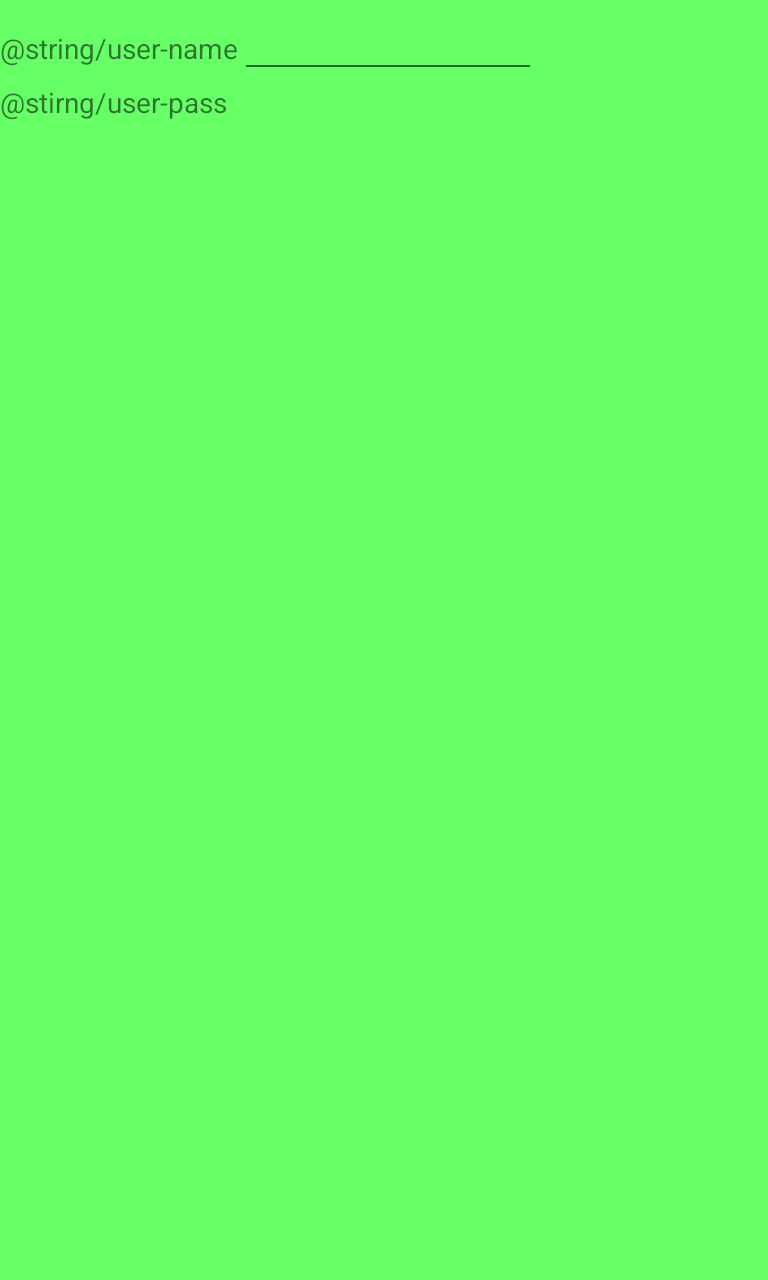
Repository: bingb89/Garbage
Layout: xml/login-demo/res/layout/activity_main.xml
An editor plug-in stored every save of this project. The layout is shown before and after a run of saves, followed by the edit.
It is drawn on a 768 x 1280 px phone screen (xhdpi) without system bars, with theme AppTheme; the app's code is not run.

Above is the layout before, as saved 2015-12-25 02:11:58.

After the next 2 saves:
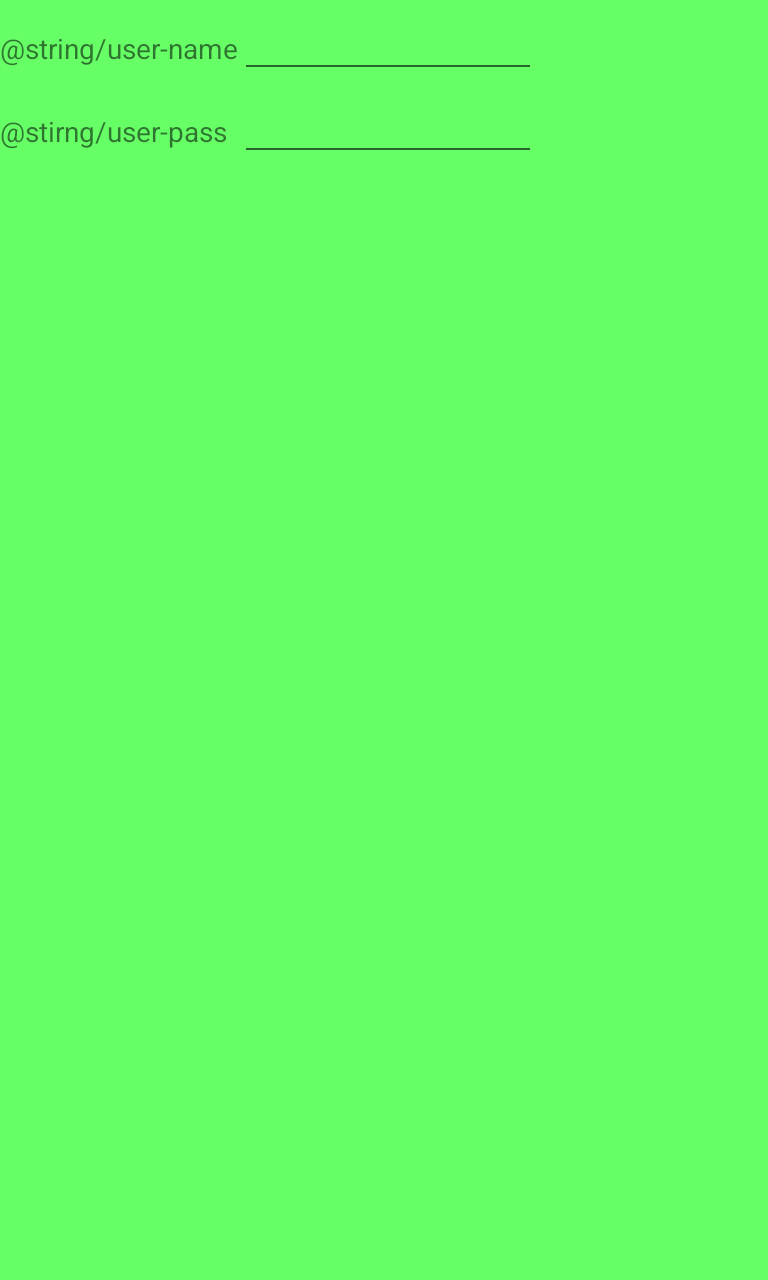
The 2 saves are shown as one change because they came seconds apart.
The last was saved 53 s later.
--- a/xml/login-demo/res/layout/activity_main.xml
+++ b/xml/login-demo/res/layout/activity_main.xml
@@ -28,6 +28,12 @@
             android:layout_width="wrap_content"
             android:layout_height="wrap_content"
             android:text="@stirng/user-pass" />
+
+        <EditText
+            android:id="@+id/edit2"
+            android:layout_width="wrap_content"
+            android:layout_height="wrap_content" >
+        </EditText>
     </TableRow>
 
 </TableLayout>
